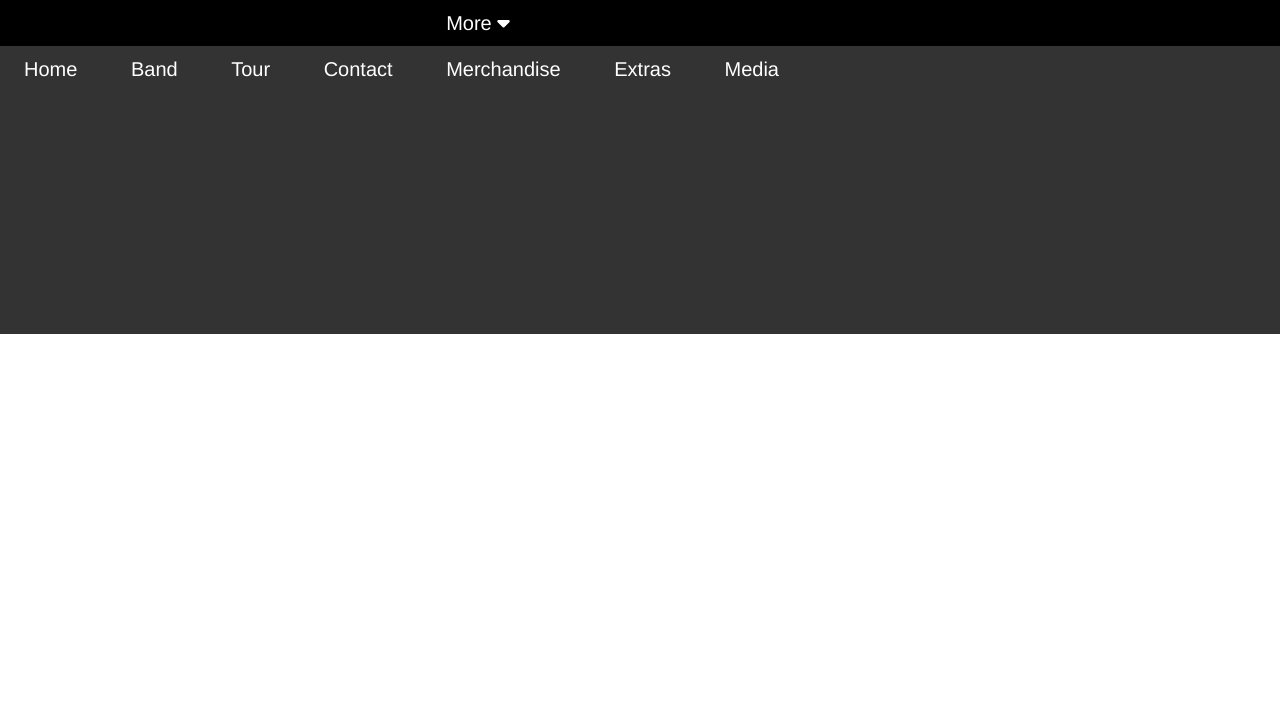
Repository: nugort/nugort.github.io
Page: f8/the-band/index.html
These files come from the project's save history. The page is drawn as it stood at one moment and after the next save; the edit follows.
The browser window is 1280 px wide. The pictures show the whole page.
Some web libraries are served in a nearby version.

Above is the page before, as saved 2022-02-07 04:08:03.

After the next save:
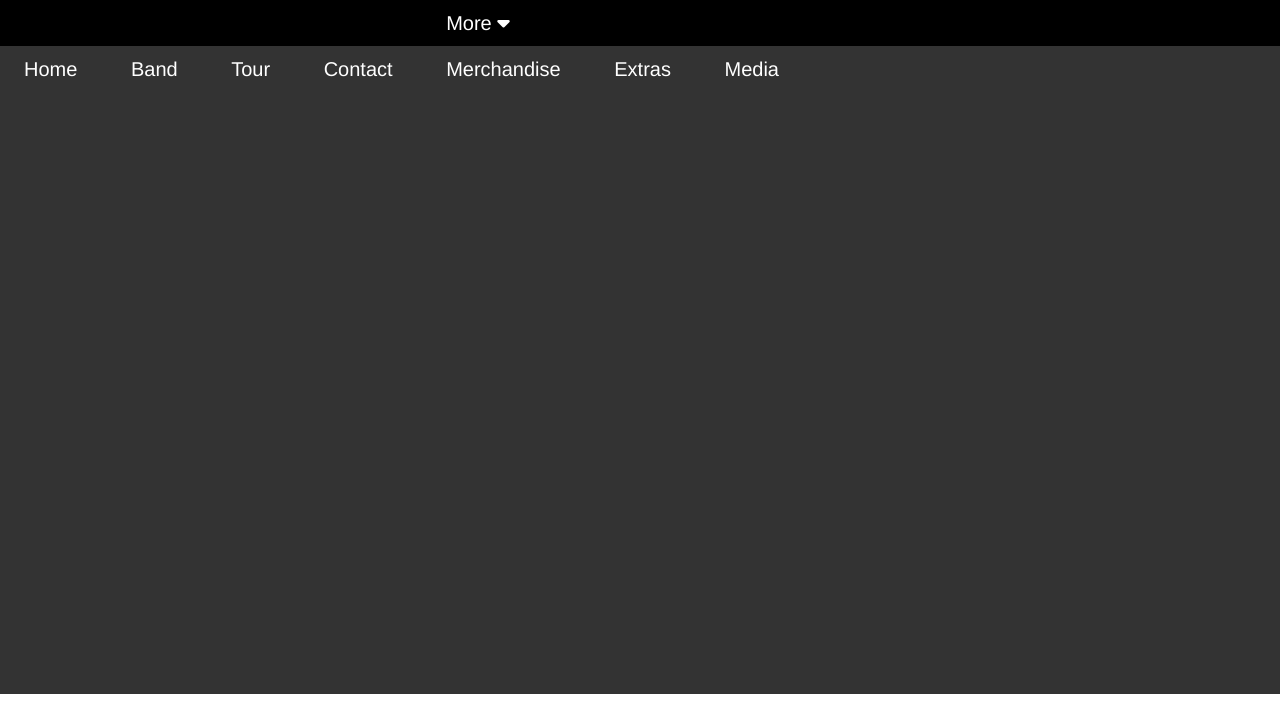
Saved 7 s later.
--- a/f8/the-band/assets/css/styles.css
+++ b/f8/the-band/assets/css/styles.css
@@ -99,7 +99,7 @@ Bôi đen điểm chung -> CTRL +  SHIFT + L -> Mũi tên qua phải ( > ) -> CT
 }
 
 #slider {
-height: 40vh;
+height: 90vh;
 background-color: #333  ;
 }
 
